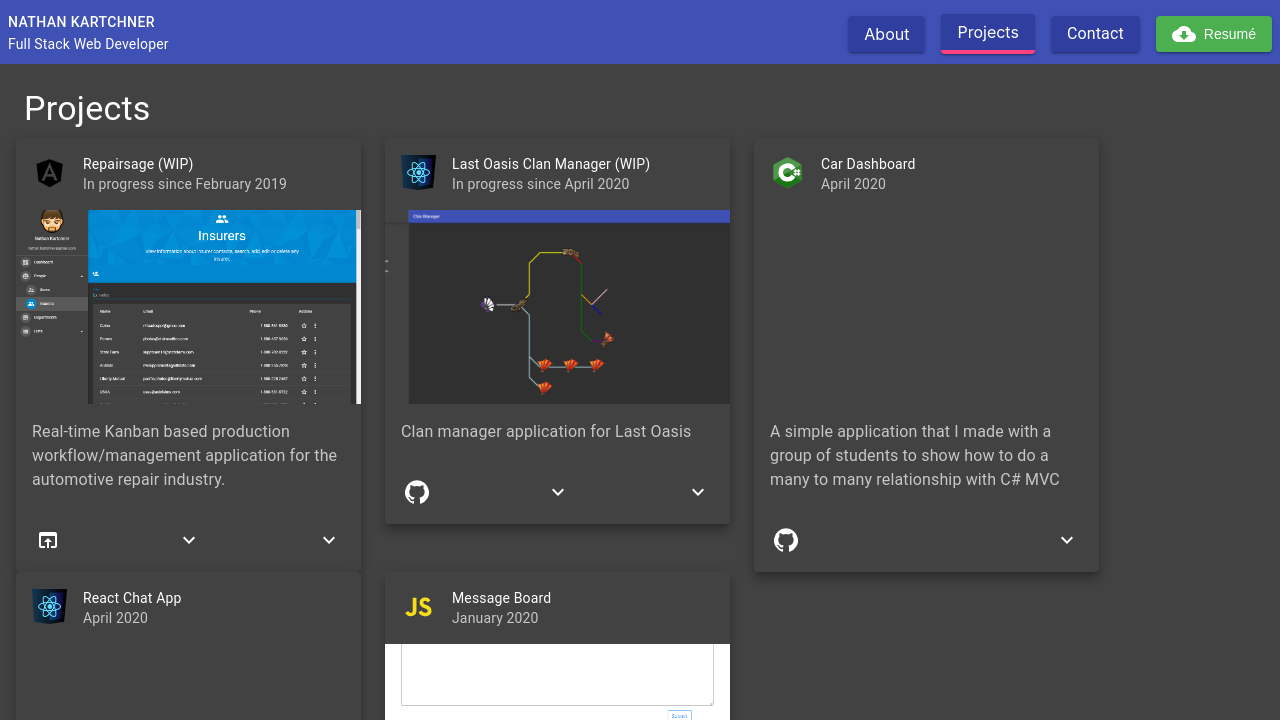
Repository: nkartchner/portfolio
Page: /projects
An editor plug-in stored every save of this project. The page is shown before and after the next save, followed by the edit.
The browser window is 1280 px wide. The pictures show the whole page.
An inner scrolling area shows only its first screen. The project was rebuilt for these pictures with package versions that can differ from the ones it lists, and the page was loaded fresh each time. Also part of the build but not shown: src/Home/Landing.tsx, src/Core/Tooltip.tsx, src/About/AboutMe.tsx, src/Contact/Contact.tsx, src/Contact/ContactMenu.tsx, src/Navigation/Menus/MobileNavMenu.tsx. Imported but missing from the stored project, and not drawn on this page: src/Home/media/dyno.mp4, src/Home/media/dyno_converted.webm.

Above is the page before, as saved 2020-07-04 14:54:17.

After the next save:
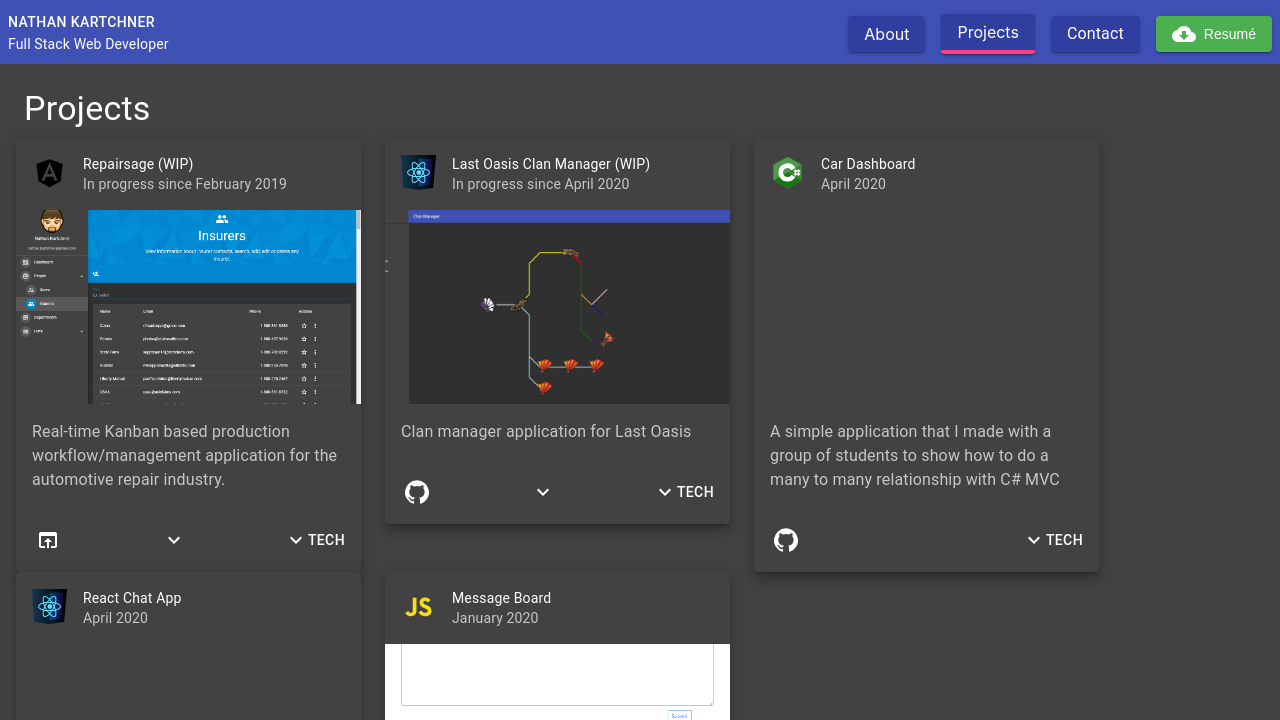
Saved 54 s later.
--- a/src/Projects/Project.tsx
+++ b/src/Projects/Project.tsx
@@ -8,6 +8,7 @@
 import CardActions from "@material-ui/core/CardActions";
 import Collapse from "@material-ui/core/Collapse";
 import IconButton from "@material-ui/core/IconButton";
+import Button from "@material-ui/core/Button";
 import GitHub from "@material-ui/icons/GitHub";
 import Typography from "@material-ui/core/Typography";
 import Tooltip from "@material-ui/core/Tooltip";
@@ -161,7 +162,7 @@
           </Tooltip>
         )}
         <Tooltip title="Technologies">
-          <IconButton
+          <Button
             className={clsx(classes.expand, {
               [classes.expandOpen]: expandedTech,
             })}
@@ -169,8 +170,8 @@
             aria-expanded={expandedTech}
             aria-label="show more"
           >
-            <ExpandMoreIcon />
-          </IconButton>
+            <ExpandMoreIcon /> Tech
+          </Button>
         </Tooltip>
       </CardActions>
       {props.technologies && (
